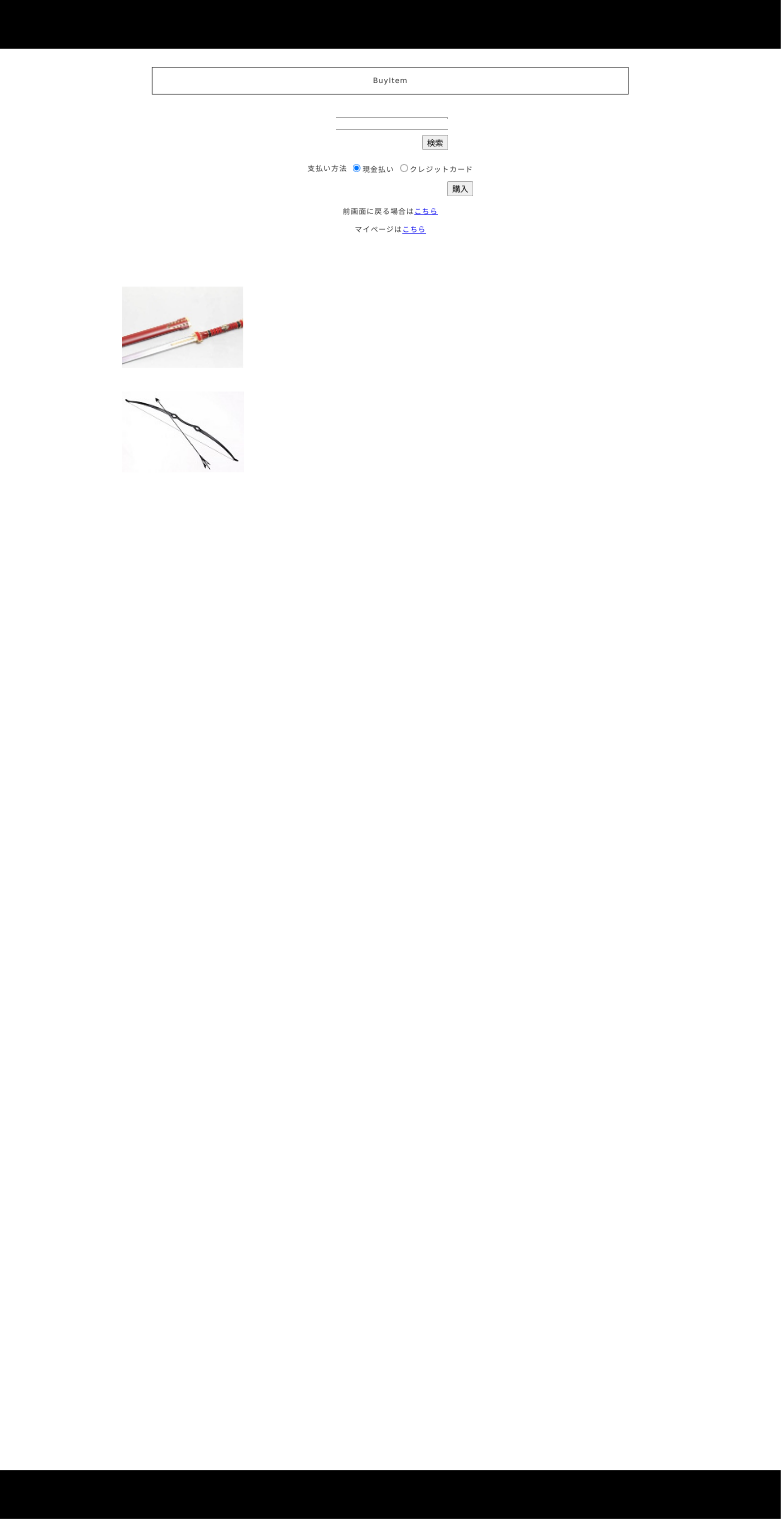
Repository: kanav0208/test
Page: http://localhost/ecsite/buyItem.jsp
The author's editor kept a copy of each file at every save. The page is drawn from the files as they stood at one save, then again after the next save.
The browser window is 1280 px wide. The pictures show the whole page, at 61% of full size.
The page is served by Tomcat 9. Other server files are loaded and not shown.

Above is the page before, as saved 2018-02-27 06:57:17.

### ecsite/WebContent/buyItem.jsp
<%@ page language="java" contentType="text/html; charset=UTF-8"
	pageEncoding="UTF-8"%>
<%@ taglib prefix="s" uri="/struts-tags"%>

<!DOCTYPE html>
<html>
<head>
	<meta charset="utf-8">
	<meta http-equiv="Content-Type" content="text/html; charset=utf-8" />
	<meta http-equiv="Content-Style-Type" content="text/css" />
	<meta http-equiv="Content-Script-Type" content="text/javascript" />
	<meta http-equiv="imagetoolbar" content="no" />
	<meta name="description" content="" />
	<meta name="keywords" content="" />
	<meta charset="utf-8">
	<title>BuyItem画面</title>
	<style type="text/css">
	/* ========TAG LAYOUT======== */
		body {
		   margin:0;
		   padding:0;
		   line-height:1.6;
		   letter-spacing:1px;
		   font-family:Verdana, Helvetica, sans-serif;
		   font-size:12px;
		   color:#333;
		   background:#fff;
		}



		table {
			text-align:center;
			margin:0 auto;
		}

	/* ========ID LAYOUT======== */
		#top {
		   width:780px;
		   margin:30px auto;
		   border:1px solid #333;
		}

		#header {
		   width: 100%;
		   height: 80px;
		   background-color: black;
		}



		#main {
		   width: 100%;
		   height: 2300px;
		   text-align: center;
		}

		#footer {
			width: 100%;
			height: 80px;
			background-color: black;
			clear:both;
		}

		.buttons{

    display: block;
    position: absolute;

    bottom: 20px;

    width:1%;

    z-index: 4;

    text-align:left;

    height:250px;

    margin-left: 200px;



}
.buttons a{
    /* ここで改行される */
    inline-block;
    display: block;

    position: relative;

    /* ここで中央寄せ */
    margin: 0 auto;

    width: 30%;
    max-width: 400px;
    min-width: 200px;
    padding-top: 20px;
    margin-right: 400px;


}
.buttons img{
    display: block;

    width: 100%;
    max-width: 400px;
    min-width: 200px;

    /*border-radius: 10px;*/
}

	</style>
</head>
<body>
	<div class="buttons">
       <a href=""><img src="./image/ken.jpg"/></a><br>
       <a href=""><img src="./image/yumi.jpg"/></a>
</div>
	<div id="header">
	 	<div id="pr">
		</div>
	</div>
	<div id="main">
		<div id="top">
			<p>BuyItem</p>
		</div>
		<div>
		<s:form action="ItemSearchAction">

			<tr>
				<td>
					<s:textfield name="searchWord" value=""/>
				</td>
				<td>
					<s:submit value="検索"/>
				</td>
			</tr>

		</s:form>

		<s:if test="message != ''">
			<h3><s:property value="message" escape="false"/></h3>
		</s:if>

		<s:form action="BuyItemAction">
			<table>
				<s:iterator value="buyItemDTOList">

				<tr>
					<td>
						<h3><s:property value="itemName"/></h3>
					</td>
				</tr>



				<tr>
					<td>
						<span>値段</span>
					</td>
					<td>
						<s:property value="itemPrice" /><span>円</span>
					</td>
				</tr>
				<tr>
					<td>
						<span>在庫</span>
					</td>
					<td>
					<s:if test="item_stock>0">
						<s:property value="item_stock"/>
					</s:if>
					<s:else>
						<span>品切れ</span>
					</s:else>
					</td>
				</tr>

				<tr>
					<td>
						<span>購入個数</span>
					</td>
					<td>
					<s:if test="item_stock>0">
						<select name="count">
							<option value="0" selected="selected">0</option>
							<option value="1">1</option>
							<option value="2">2</option>
							<option value="3">3</option>
							<option value="4">4</option>
							<option value="5">5</option>
						</select>
					</s:if>
					<s:else>
						<select name="count">
							<option value="0" selected="selected">0</option>
						</select>
					</s:else>
					</td>
				</tr>
				<tr>
					<td>
						<br>
					</td>
				</tr>
				</s:iterator>
				<tr>

					<td>
						<span>支払い方法</span>
					</td>
					<td>
						<input type="radio" name="pay" value="1" checked="checked">現金払い
						<input type="radio" name="pay" value="2">クレジットカード
					</td>
				</tr>

				<tr>
					<td>
						<s:submit value="購入"/>
					</td>
				</tr>

			</table>
		</s:form>

			<div>
				<p>前画面に戻る場合は<a href='<s:url action="GoHomeAction" />'>こちら</a></p>
				<p>マイぺージは<a href='<s:url action="MyPageAction" />'>こちら</a></p>
			</div>
		</div>
	</div>
	<div id="footer">
	 	<div id="pr">
		</div>
	</div>
</body>
</html>

After the next save:
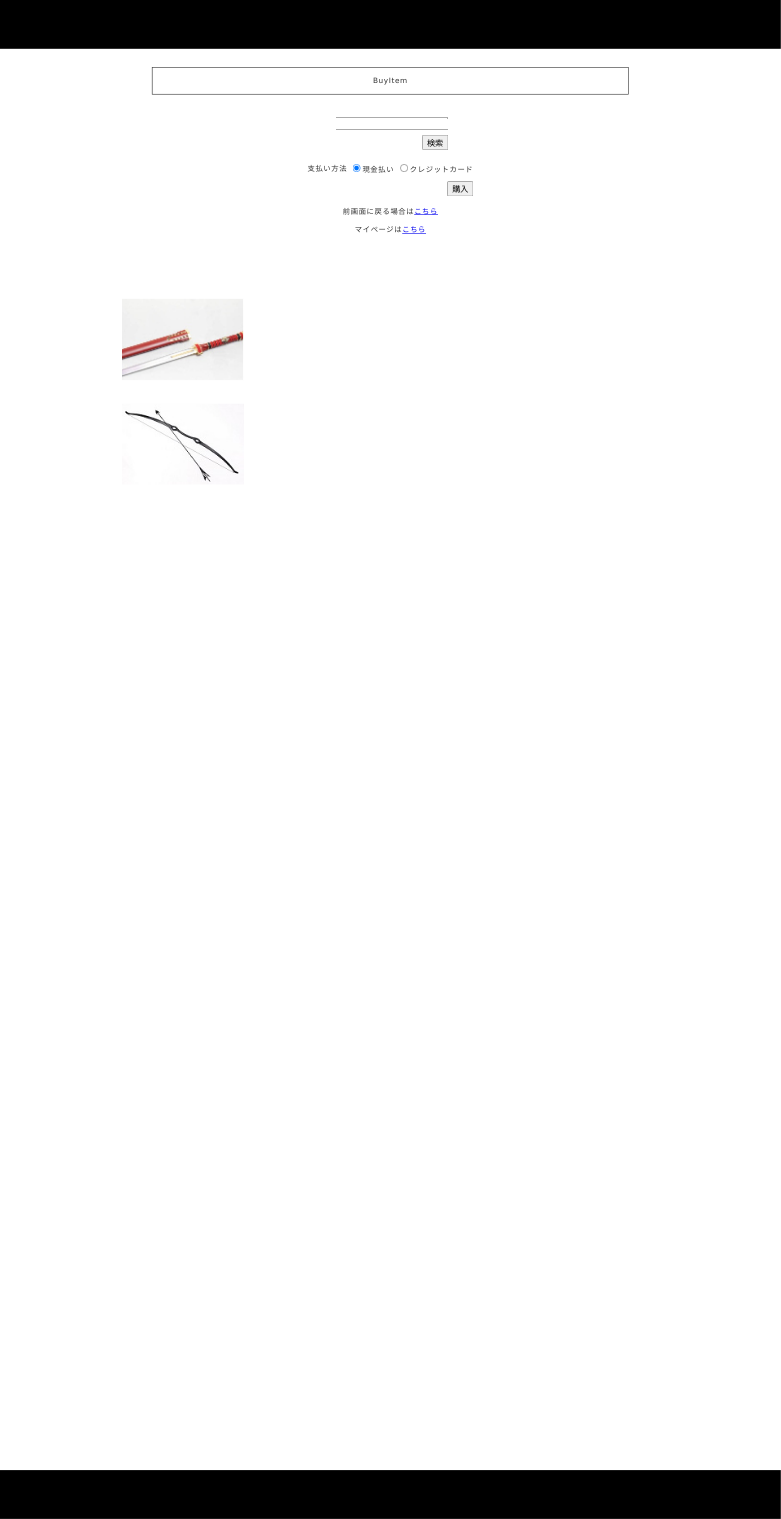
Saved 28 s later.
--- a/ecsite/WebContent/buyItem.jsp
+++ b/ecsite/WebContent/buyItem.jsp
@@ -75,7 +75,7 @@
 
     text-align:left;
 
-    height:250px;
+    height:230px;
 
     margin-left: 200px;
 
